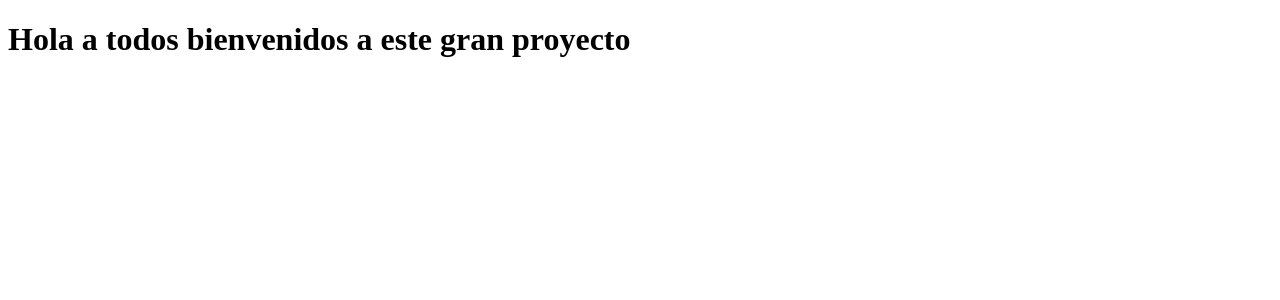
Repository: 123456789Nicolas123456789/MyWeb
Page: jonatan.html
An editor plug-in stored every save of this project. The page is shown before and after the next save, followed by the edit.
The browser window is 1280 px wide. The pictures show the whole page.

Above is the page before, as saved 2023-11-10 23:58:25.

### jonatan.html
<!DOCTYPE html>
<html>
    <head>
        <title> MyWeb </title>
    </head>
    <body>
        <div>
            <h1>
                Hola a todos bienvenidos a este gran proyecto
            </h1>
        </div>
    </body>
</html>

After the next save:
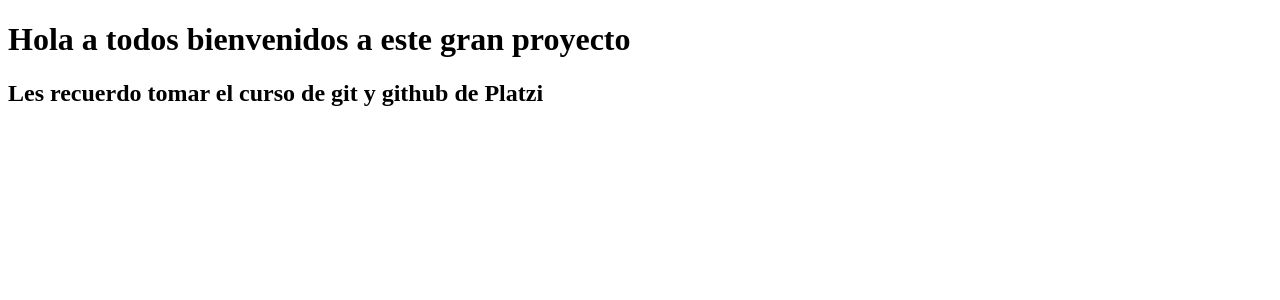
Saved 2 h 28 min later.
--- a/jonatan.html
+++ b/jonatan.html
@@ -8,6 +8,9 @@
             <h1>
                 Hola a todos bienvenidos a este gran proyecto
             </h1>
+            <h2>
+                Les recuerdo tomar el curso de git y github de Platzi
+            </h2>
         </div>
     </body>
 </html>
